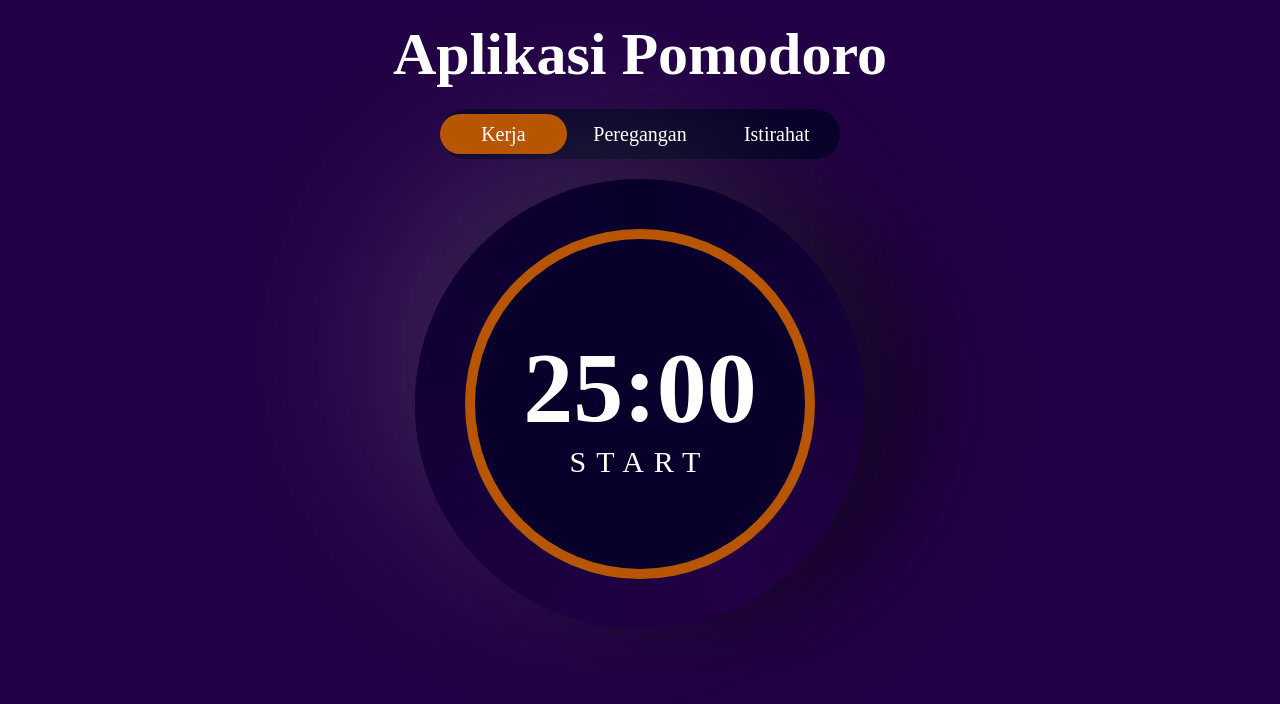
Repository: sellayspy/aplikasiPomodoro
Page: /
These files come from the project's save history. The page is drawn as it stood at one moment and after the next save; the edit follows.
The browser window is 1280 px wide. The pictures show the whole page.
The project was rebuilt for these pictures with package versions that can differ from the ones it lists, and the page was loaded fresh each time. Also part of the build but not shown: vite.config.js.

Above is the page before, as saved 2024-11-25 16:05:17.

After the next save:
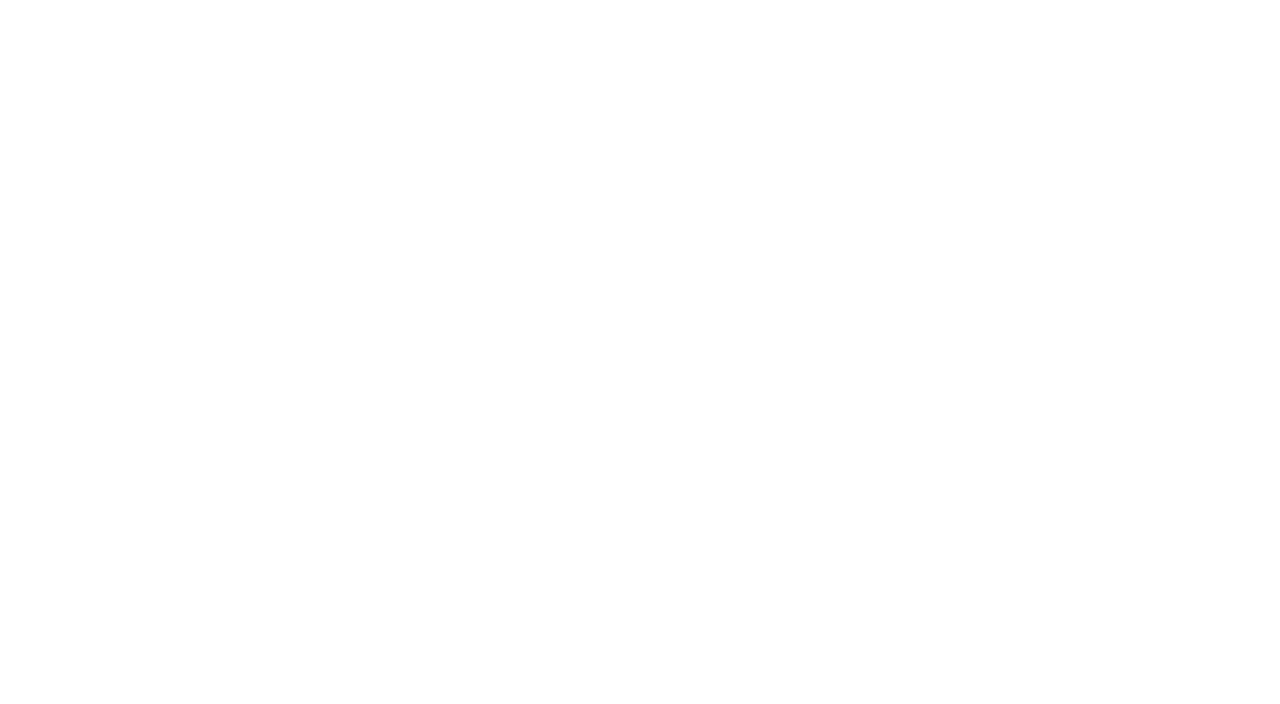
Console error: ReferenceError: Container is not defined
Saved 25 s later.
--- a/src/App.jsx
+++ b/src/App.jsx
@@ -1,10 +1,12 @@
 import styled from "styled-components";
 import Judul from "./components/Judul";
 import Timer from "./components/Timer";
+import Modal from "./components/Settings/Modal";
 
 function App() {
   return (
     <>
+      <Modal />
       <Title>Aplikasi Pomodoro</Title>
       <Judul />
       <Timer />

After the 2 saves that followed:
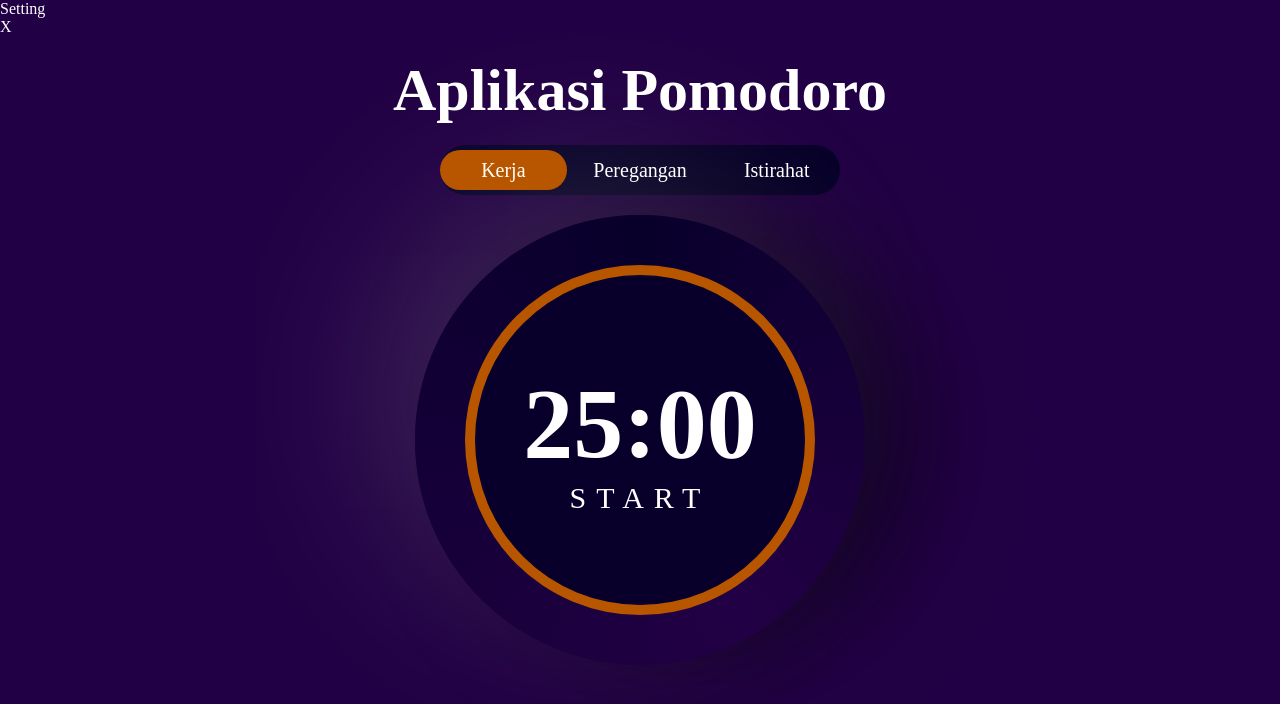
The error is gone.
The 2 saves are shown as one change because 1 did not build or start.
The last was saved 2 min 47 s later.
--- a/src/components/Settings/ModalContainer.jsx
+++ b/src/components/Settings/ModalContainer.jsx
@@ -3,15 +3,22 @@ import styled from "styled-components";
 const ModalContainer = () => {
   return (
     <Container>
-      <ModalContainer>
+      <ModalContent>
         <ModalHeader>
           <ModalTitle>Setting</ModalTitle>
           <ModalCloseButton>X</ModalCloseButton>
         </ModalHeader>
         <ModalBody></ModalBody>
-      </ModalContainer>
+      </ModalContent>
     </Container>
   );
 };
 
 export default ModalContainer;
+
+const Container = styled.div``;
+const ModalContent = styled.div``;
+const ModalHeader = styled.div``;
+const ModalTitle = styled.div``;
+const ModalCloseButton = styled.div``;
+const ModalBody = styled.div``;
